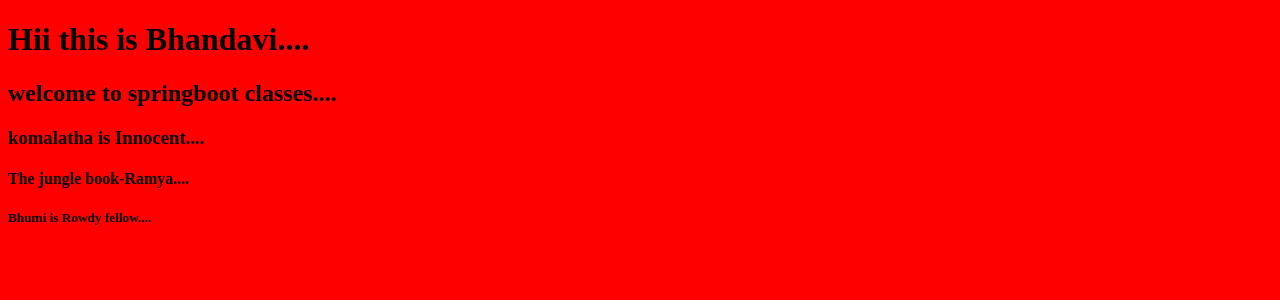
Repository: Bhandavi123/SpringPrograms
Page: SpringBootEx1/src/main/webapp/data.html
An editor plug-in stored every save of this project. The page is shown before and after the next save, followed by the edit.
The browser window is 1280 px wide. The pictures show the whole page.

Above is the page before, as saved 2024-03-19 09:40:33.

### SpringBootEx1/src/main/webapp/data.html
<!DOCTYPE html>
<html>
<head>
<meta charset="ISO-8859-1">
<title>Insert title here</title>
</head>
<body bgcolor="Red">
   <h1>Hii this is Bhandavi....</h1>
   <h2>welcome to springboot classes....</h2>
   <h3>komalatha is Innocent....</h3>
   <h4>The jungle book-Ramya....</h4>
   <h5>Bhumi is Rowdy fellow....</h5>


</body>
</html>

After the next save:
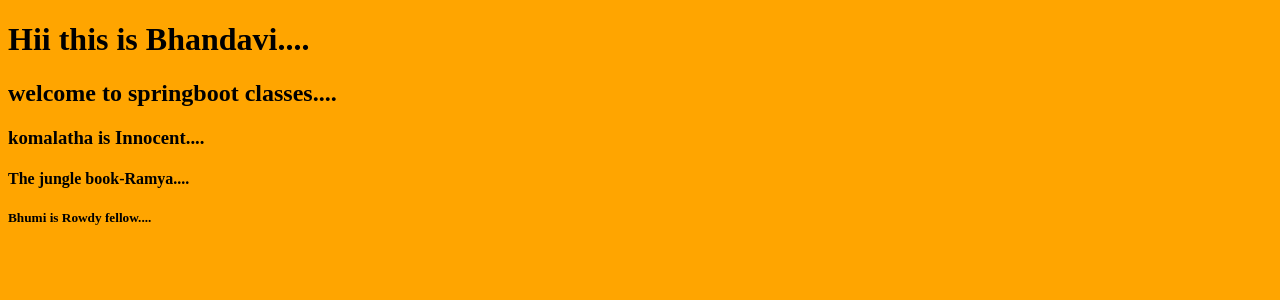
Saved 25 s later.
--- a/SpringBootEx1/src/main/webapp/data.html
+++ b/SpringBootEx1/src/main/webapp/data.html
@@ -4,7 +4,7 @@
 <meta charset="ISO-8859-1">
 <title>Insert title here</title>
 </head>
-<body bgcolor="Red">
+<body bgcolor="Orange">
    <h1>Hii this is Bhandavi....</h1>
    <h2>welcome to springboot classes....</h2>
    <h3>komalatha is Innocent....</h3>
